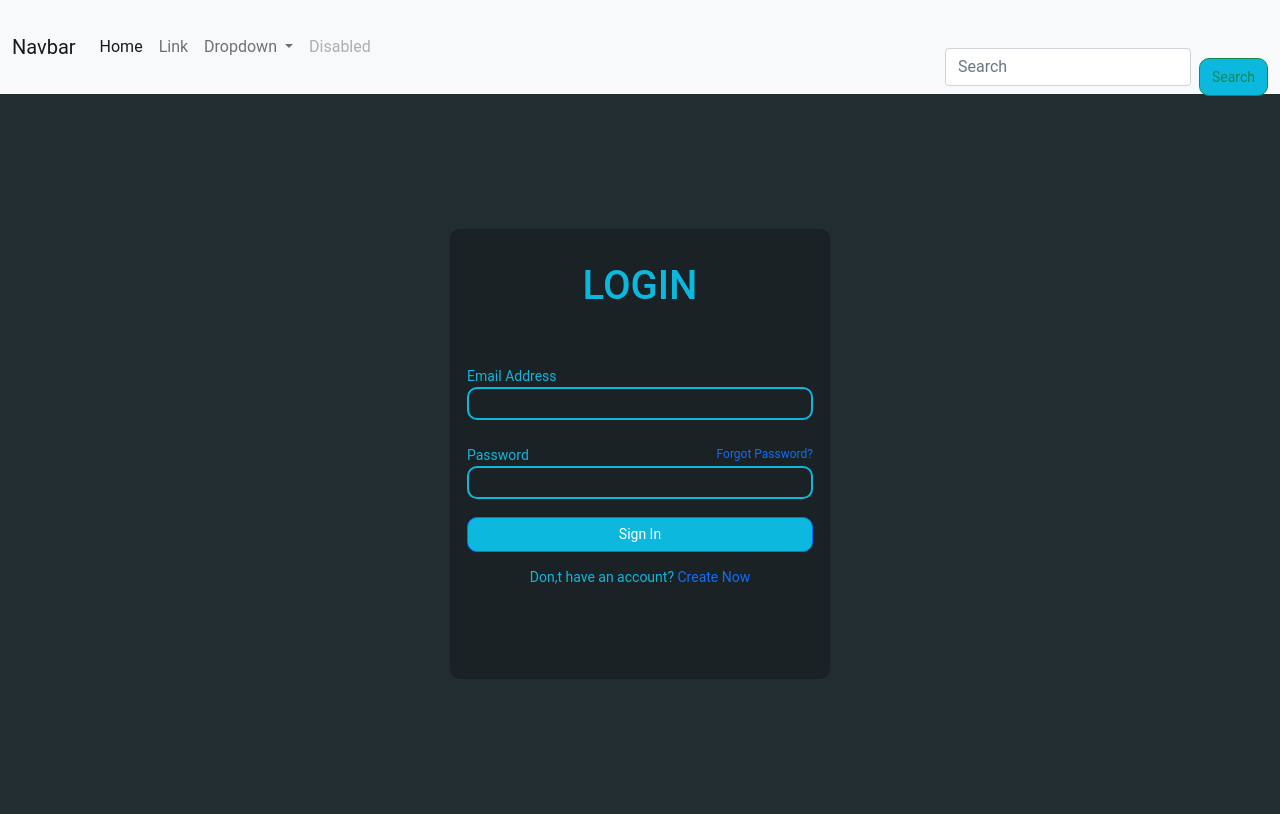
Repository: zjria/Bootstrap_logIn_1
Page: LoginPage/index.html
These files come from the project's save history. The page is drawn as it stood at one moment and after the next save; the edit follows.
The browser window is 1280 px wide. The pictures show the whole page.

Above is the page before, as saved 2022-06-19 07:10:59.

### LoginPage/index.html
<!DOCTYPE html>
<html lang="en">
<head>
    <meta charset="UTF-8">
    <meta http-equiv="X-UA-Compatible" content="IE=edge">
    <meta name="viewport" content="width=device-width, initial-scale=1.0">
    <title>LogIn Page</title>

    <!-- Bootstrap CDN Link -->
    <link href="https://cdn.jsdelivr.net/npm/bootstrap@5.0.2/dist/css/bootstrap.min.css" rel="stylesheet" integrity="sha384-EVSTQN3/azprG1Anm3QDgpJLIm9Nao0Yz1ztcQTwFspd3yD65VohhpuuCOmLASjC" crossorigin="anonymous">

    <!-- Google Font -->
    <link rel="preconnect" href="https://fonts.googleapis.com">
    <link rel="preconnect" href="https://fonts.gstatic.com" crossorigin>
    <!-- Custom Css -->
    <link rel="stylesheet" href="style.css">
</head>
<body>

    <!-- Navbar -->
    <nav class="navbar navbar-expand-lg navbar-light bg-light">
        <div class="container-fluid">
          <a class="navbar-brand" href="#">Navbar</a>
          <button class="navbar-toggler" type="button" data-bs-toggle="collapse" data-bs-target="#navbarSupportedContent" aria-controls="navbarSupportedContent" aria-expanded="false" aria-label="Toggle navigation">
            <span class="navbar-toggler-icon"></span>
          </button>
          <div class="collapse navbar-collapse" id="navbarSupportedContent">
            <ul class="navbar-nav me-auto mb-2 mb-lg-0">
              <li class="nav-item">
                <a class="nav-link active" aria-current="page" href="#">Home</a>
              </li>
              <li class="nav-item">
                <a class="nav-link" href="#">Link</a>
              </li>
              <li class="nav-item dropdown">
                <a class="nav-link dropdown-toggle" href="#" id="navbarDropdown" role="button" data-bs-toggle="dropdown" aria-expanded="false">
                  Dropdown
                </a>
                <ul class="dropdown-menu" aria-labelledby="navbarDropdown">
                  <li><a class="dropdown-item" href="#">Action</a></li>
                  <li><a class="dropdown-item" href="#">Another action</a></li>
                  <li><hr class="dropdown-divider"></li>
                  <li><a class="dropdown-item" href="#">Something else here</a></li>
                </ul>
              </li>
              <li class="nav-item">
                <a class="nav-link disabled" href="#" tabindex="-1" aria-disabled="true">Disabled</a>
              </li>
            </ul>
            <form class="d-flex">
              <input class="form-control me-2" type="search" placeholder="Search" aria-label="Search">
              <button class="btn btn-outline-success" type="submit">Search</button>
            </form>
          </div>
        </div>
      </nav>



    <!-- Login Form -->
    <div class="global-container">
        <div class="card login-form">
            <div class="card-body">
                <h1 class="card-body text-center">LOGIN</h1>
                <div class="card-text">
                    <form action="#">

                        <div class="form-group">
                            <label for="exampleInputEmail1">Email Address</label>
                            <input type="email" class="form-control form-control-sm" id="exampleInputEmail1">
                        </div>

                        <div class="form-group">
                            <label for="exampleInputPassword1">Password</label>
                            <a href="#" style="float: right; font-size: 12px;" class="text-decoration-none">Forgot Password?</a>

                            <input type="password" class="form-control form-control-sm mb-2" id="exampleInputPassword1">

                            <div class="d-grid gap-2">

                                <button type="submit" class="btn btn-primary">
                                    Sign In
                                </button>

                              </div>

                            </div>




                        <div class="signup">Don,t have an account? <a href="#" class="text-decoration-none">Create Now</a></div>
                    </form>
                </div>
            </div>
        </div>
    </div>

<!-- Bootstrap JavaScript Link -->
<script src="https://cdn.jsdelivr.net/npm/bootstrap@5.0.2/dist/js/bootstrap.bundle.min.js" integrity="sha384-MrcW6ZMFYlzcLA8Nl+NtUVF0sA7MsXsP1UyJoMp4YLEuNSfAP+JcXn/tWtIaxVXM" crossorigin="anonymous"></script>

</body>
</html>

### LoginPage/style.css
body, html {
    height: 100%;
    background-color: #222d32 !important;
    font-family: 'Roboto', sans-serif;
}
.global-container{
    height: 100%;
    display: flex;
    align-items: center;
    justify-content: center;
    color: #0db8de;
}
form{
    padding-top: 10px;
    margin-top: 30px;
    font-size: 14px;
}
.login-form{
    width: 380px;
    height: 450px;
    margin: 20px;
    background: #1a2226 !important;
    border-radius: 10px !important;
}

input[type="email"],
input[type="password"]{
    background: #1a2226;
    border: 2px solid #0db8de;
    border-radius: 10px;
    margin-bottom: 25px;
    color: #fff;
}
/* input[type="email"]:focus,
input[type="password"]:focus{
    outline: none;
    border: none;
    background: #1a2226;
    margin: 0;
} */
.card-title{
    font-weight: 900;
    padding-top: 20px;
}
.btn{
    background: #0db8de;
    font-size: 14px;
    transform: translateY(10px);
    border-radius: 10px !important;
}
.signup{
    text-align: center;
    padding-top: 25px;
}

After the next save:
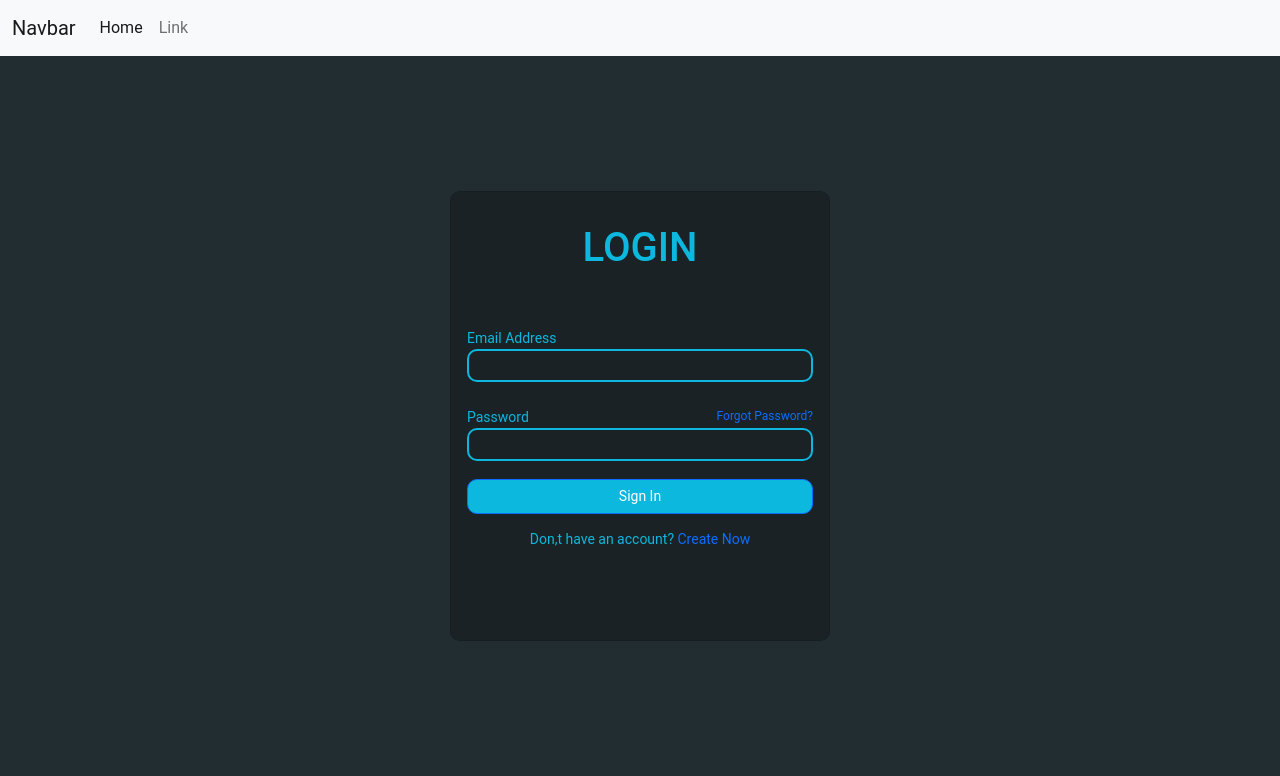
Saved 4 min 36 s later.
--- a/LoginPage/index.html
+++ b/LoginPage/index.html
@@ -32,25 +32,7 @@
               <li class="nav-item">
                 <a class="nav-link" href="#">Link</a>
               </li>
-              <li class="nav-item dropdown">
-                <a class="nav-link dropdown-toggle" href="#" id="navbarDropdown" role="button" data-bs-toggle="dropdown" aria-expanded="false">
-                  Dropdown
-                </a>
-                <ul class="dropdown-menu" aria-labelledby="navbarDropdown">
-                  <li><a class="dropdown-item" href="#">Action</a></li>
-                  <li><a class="dropdown-item" href="#">Another action</a></li>
-                  <li><hr class="dropdown-divider"></li>
-                  <li><a class="dropdown-item" href="#">Something else here</a></li>
-                </ul>
-              </li>
-              <li class="nav-item">
-                <a class="nav-link disabled" href="#" tabindex="-1" aria-disabled="true">Disabled</a>
-              </li>
             </ul>
-            <form class="d-flex">
-              <input class="form-control me-2" type="search" placeholder="Search" aria-label="Search">
-              <button class="btn btn-outline-success" type="submit">Search</button>
-            </form>
           </div>
         </div>
       </nav>
